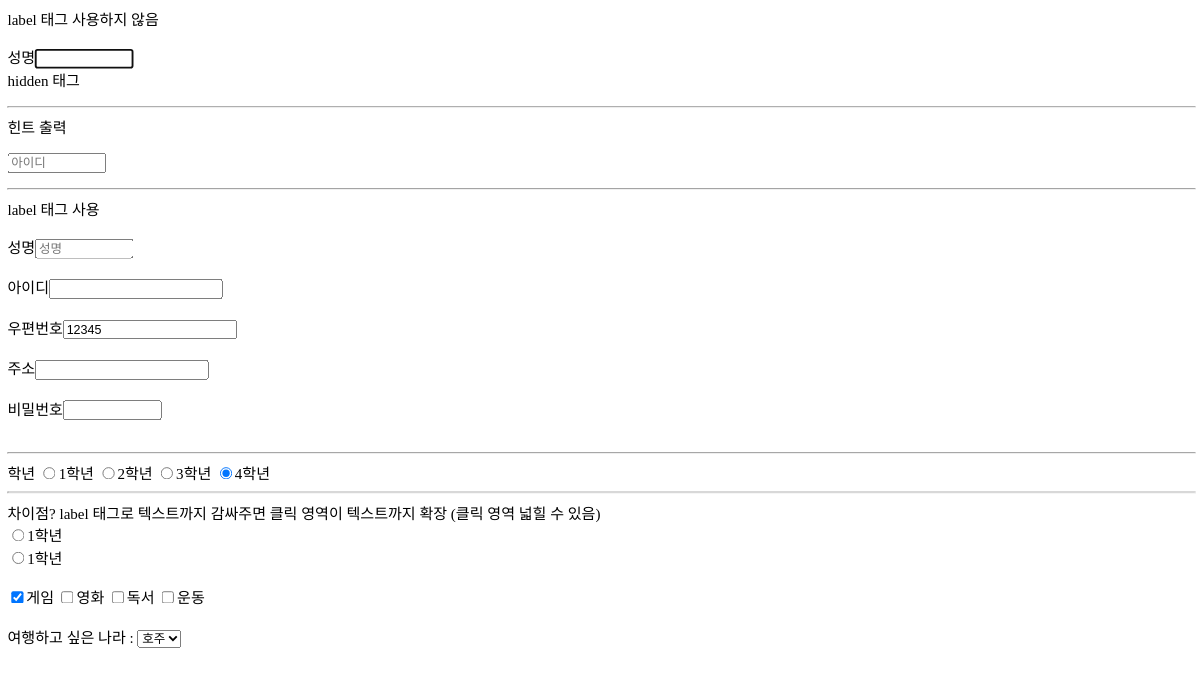
Repository: roditee/Frontend_ex
Page: HTML01/src/main/webapp/form.html
These files come from the project's save history. The page is drawn as it stood at one moment and after the next save; the edit follows.
The browser window is 1280 px wide. The pictures show the whole page, at 94% of full size.

Above is the page before, as saved 2021-12-02 08:25:43.

After the next save:
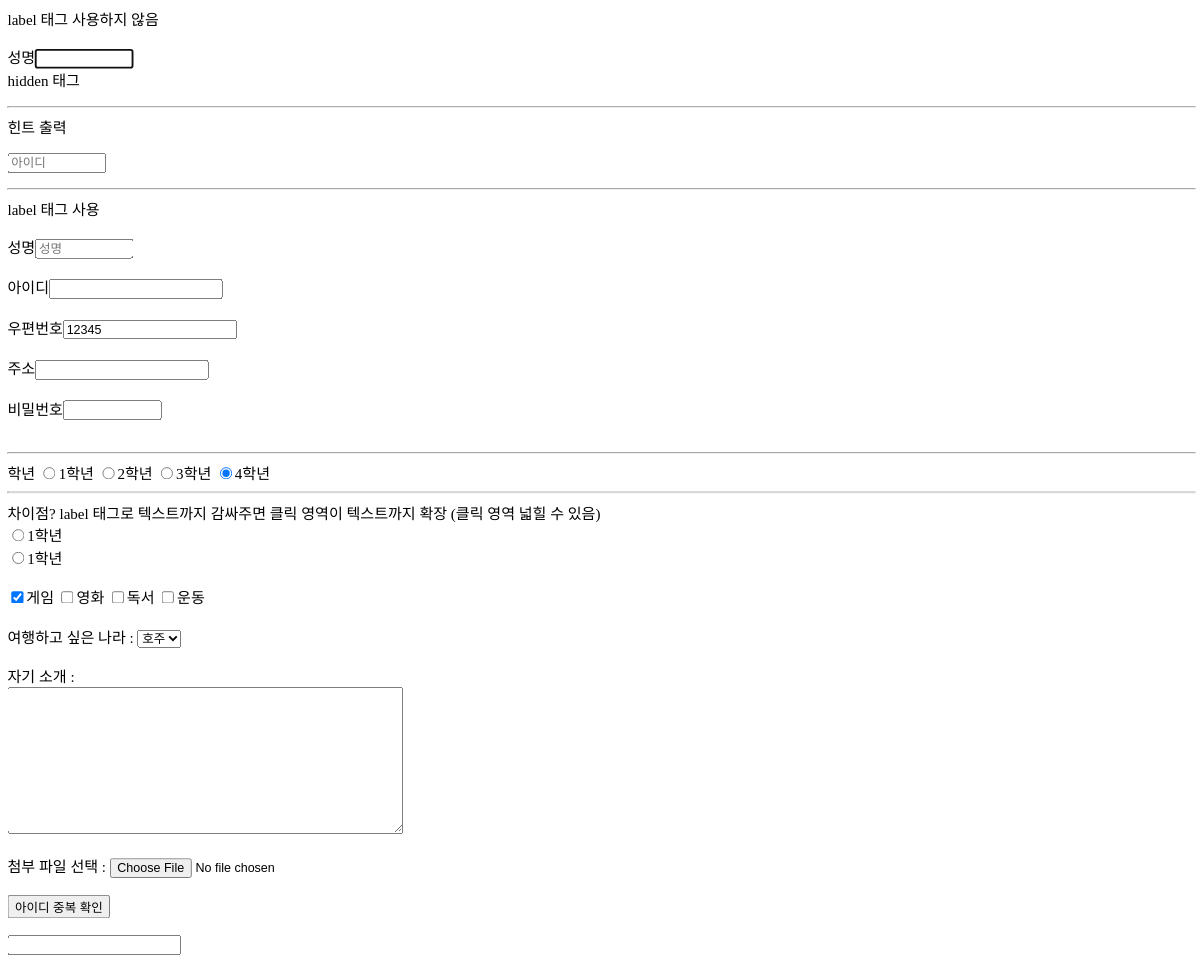
Saved 5 min 28 s later.
--- a/HTML01/src/main/webapp/form.html
+++ b/HTML01/src/main/webapp/form.html
@@ -46,7 +46,16 @@
 				<option value="미국">미국</option>
 				<option value="중국">중국</option>
 				<option value="호주" selected>호주</option>
-			</select>
+			</select><br><br>
+
+			자기 소개 : <br>
+			<textarea rows="10" cols="50" size="30"></textarea><br><br>
+
+			첨부 파일 선택 : <input type="file" size="30"><br><br>
+
+			<input type="button" value="아이디 중복 확인"><br><br>
+
+			<input type="image id="cartImg/cart.jpg"><br><br>
 		</form>
 	</body>
 </html>
